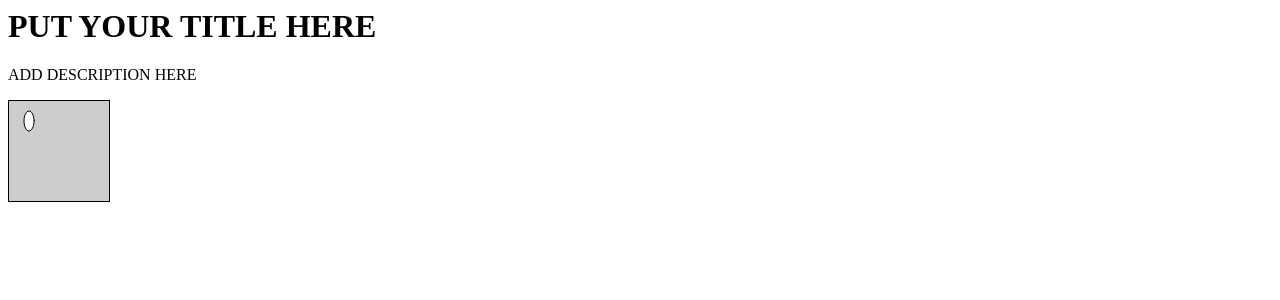
Repository: mike3245/mike3245.github.io
Page: ball.html
The author's editor kept a record of every edit. The page is drawn from the files as they stood at one moment, then again after the next edit.
The browser window is 1280 px wide. The pictures show the whole page.

Above is the page before.

After the next edit:
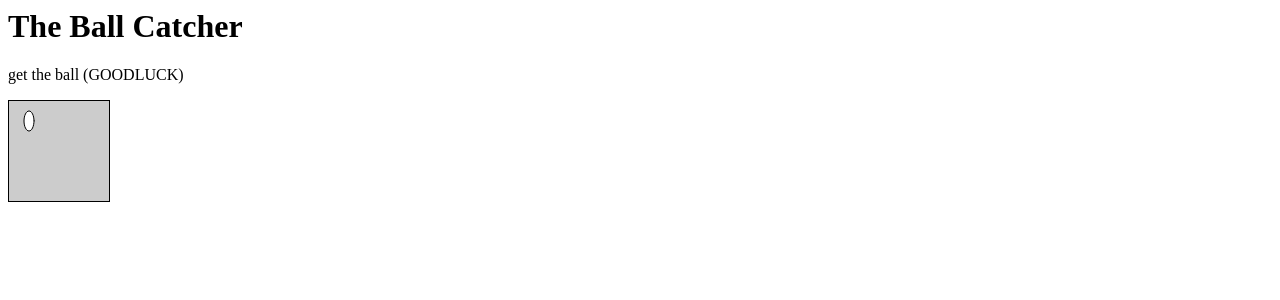
The edit:
--- a/ball.html
+++ b/ball.html
@@ -7,8 +7,8 @@
   </head>
 
   <body>
-    <h1>PUT YOUR TITLE HERE</h1>
-    <p>ADD DESCRIPTION HERE</p>
+    <h1>The Ball Catcher</h1>
+    <p>get the ball (GOODLUCK)</p>
 
     <script type="text/processing">
 
